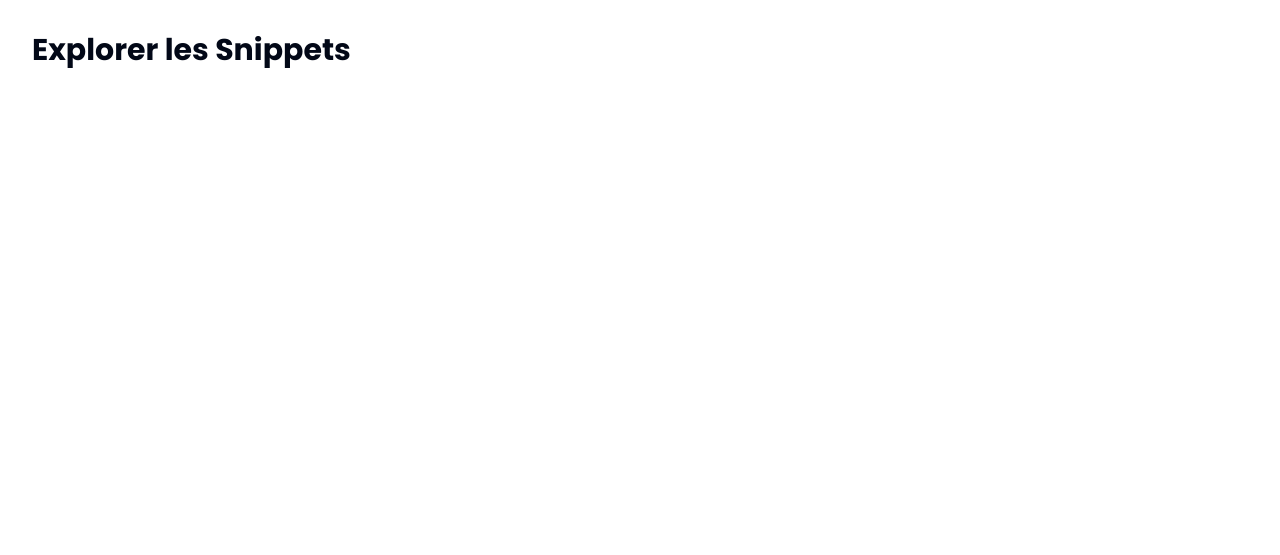
Repository: khadyba/Mediacy
Page: /Snippets
An editor plug-in stored every save of this project. The page is shown before and after a run of saves, followed by the edit.
The browser window is 1280 px wide. The pictures show the whole page.
The project was rebuilt for these pictures with package versions that can differ from the ones it lists, and the page was loaded fresh each time. The framework's server and built-in components were replaced by stand-ins that run in the browser. Also part of the build but not shown: next.config.mjs.

Above is the page before, as saved 2024-09-22 21:36:45.

After the next 7 saves:
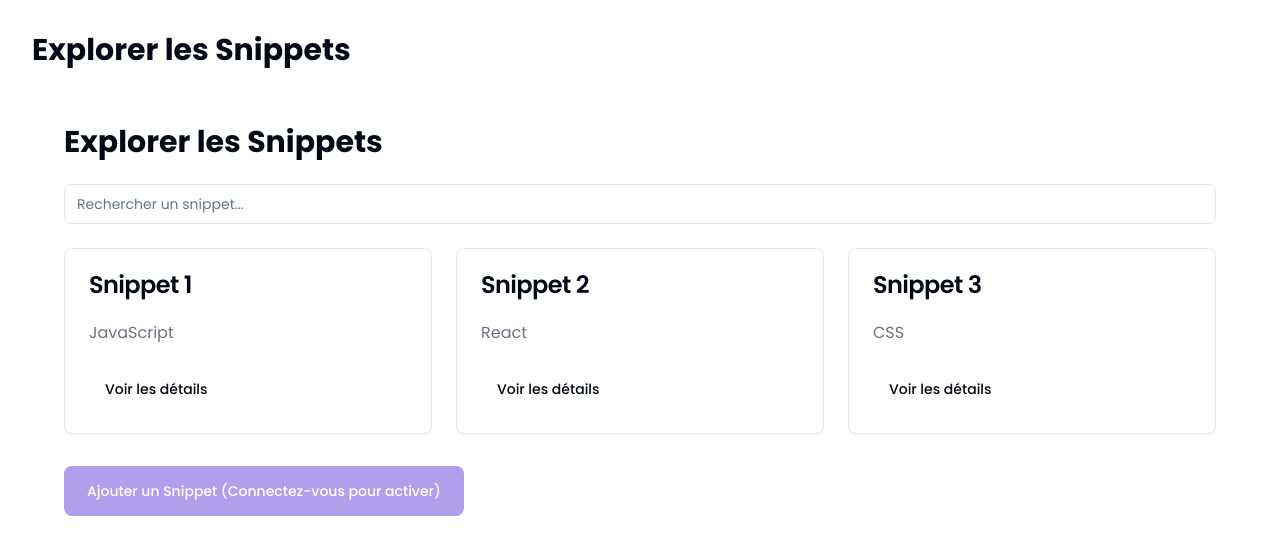
The 7 saves are shown as one change because they came seconds apart.
The last was saved 20 s later.
--- a/app/Snippets/page.tsx
+++ b/app/Snippets/page.tsx
@@ -1,15 +1,17 @@
 "use client";
+
+import ExploreSnippets from "../_components/CardSnippet";
 
 
 
 
 
-export default function ExploreSnippets() {
+export default function PageSnippets() {
   return (
     <div className="p-8">
       <h1 className="text-3xl font-bold mb-6">Explorer les Snippets</h1>
 
-
+               <ExploreSnippets />
     </div>
   );
 }
